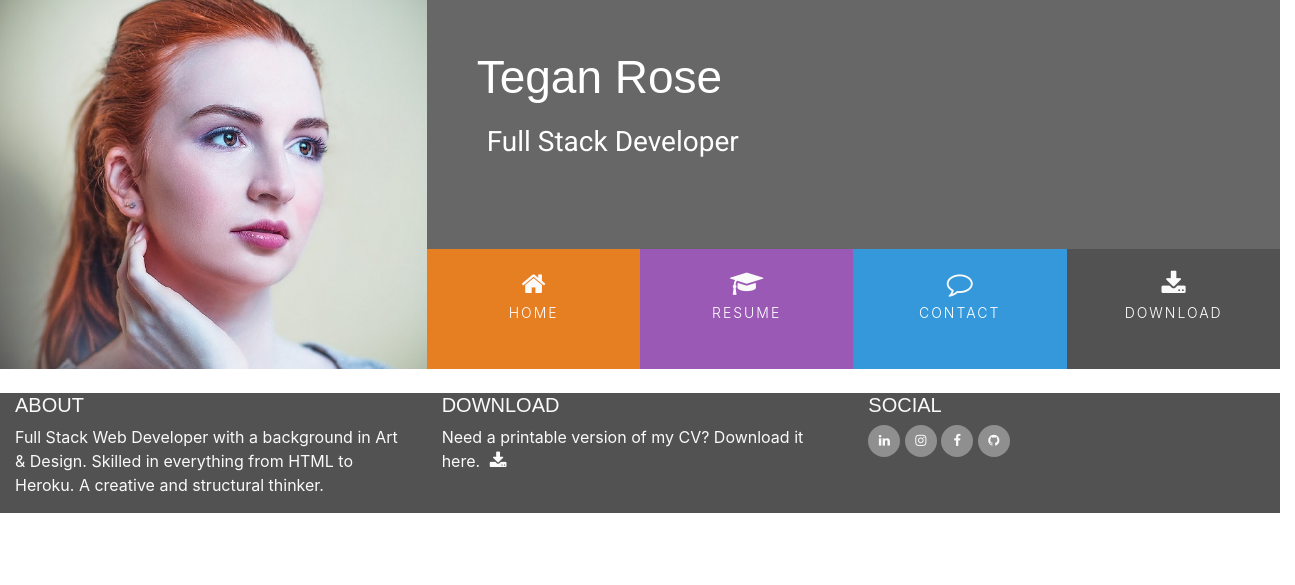
Repository: TSRose/Resume
Page: index.html
The author's editor kept a record of every edit. The page is drawn from the files as they stood at one moment, then again after the next edit.
The browser window is 1280 px wide. The page is 1280 px wide, then 1295 px, so the pictures cover 1295 px, including what lies to the right of the window. The pictures show the whole page.

Above is the page before.

### index.html
<!DOCTYPE html>
<html lang="en">

<head>
    <meta charset="UTF-8">
    <meta name="viewport" content="width=device-width, initial-scale=1.0">
    <meta http-equiv="X-UA-Compatible" content="ie=edge">
    <link rel="stylesheet" href="https://stackpath.bootstrapcdn.com/bootstrap/4.3.1/css/bootstrap.min.css" type="text/css" />
    <link rel="stylesheet" href="https://stackpath.bootstrapcdn.com/font-awesome/4.7.0/css/font-awesome.min.css" type="text/css" />
    <link rel="stylesheet" href="assets/css/style.css" type="text/css" />
    <link rel="stylesheet" href="https://cdnjs.cloudflare.com/ajax/libs/hover.css/2.3.1/css/hover-min.css" type="text/css" />
    <title>Tegan Rose</title>
</head>

<body>
    <header>
        <div class="row no-gutters">
            <a href="index.html" class="col-md-4 logo">

            </a>
            <div class="col-md-8">
                <div class="row no-gutters bg-color-name-title">
                    <div class="col">
                        <h1 class="name">Tegan Rose</h1>
                        <h2 class="title"> Full Stack Developer</h2>
                    </div>
                </div>
                <div class="row no-gutters">
                    <div class="col">
                        <ul id="nav" class="list-inline menucontainer">
                            <li class="col-6 col-sm-3 ui-menu-color-home list-inline-item menuitem">
                                <a href="#" class="hvr-sweep-to-bottom"><i class="fa fa-home" aria-hidden="true"></i><span>Home</span></a>
                            </li>
                            <li class="col-6 col-sm-3 ui-menu-color-resume list-inline-item menuitem">
                                <a href="#" class="hvr-sweep-to-bottom"><i class="fa fa-graduation-cap" aria-hidden="true"></i><span>Resume</span></a>
                            </li>
                            <li class="col-6 col-sm-3 ui-menu-color-contact list-inline-item menuitem">
                                <a href="#" class="hvr-sweep-to-bottom"><i class="fa fa-comment-o" aria-hidden="true"></i><span>Contact</span></a>
                            </li>
                            <li class="col-6 col-sm-3 ui-menu-color-download list-inline-item menuitem">
                                <a href="#" class="hvr-sweep-to-bottom"><i class="fa fa-download" aria-hidden="true"></i><span>Download</span></a>
                            </li>
                        </ul>
                    </div>
                </div>
            </div>
        </div>
    </header>
    <sectio class="container-fluid">
        <div class="row row-table">
            <div class="col-md-8 bg-color-three-reasons section-column">
                <div class="row">
                    <div class="col">
                        <h3>

                        </h3>
                    </div>
                </div>
            </div>
        </div>

    </section>
    <footer class="container-fluid">
        <div id="footer-details" class="row">
            <div class="col-sm-4">
                <h5 class="uppercase general-sub">About</h5>
                <p class="inline-block">
                    Full Stack Web Developer with a background in Art & Design. Skilled in everything from HTML to Heroku. A creative and structural thinker.
                </p>
            </div>
            <div class="col-sm-4">
                <h5 class="uppercase general-sub">Download</h5>
                <p class="inline-block">
                    Need a printable version of my CV? Download it here.
                    <a href="#" target="_blank" class="cv-pdf">
                        <i class="fa fa-download" aria-hidden="true"></i>
                        <span class="sr-only">Download link.</span>
                    </a>
                </p>
            </div>
            <div class="col-sm-4">
                <h5 class="uppercase general-sub">Social</h5>
                <ul class="list-inline social-links">
                    <li class="list-inline-item">
                        <a target="_blank" href="#">
                        <i class="fa fa-linkedin" aria-hidden="true"></i>
                        <span class="sr-only">LinkedIn</span>
                        </a>
                    </li>
                     <li class="list-inline-item">
                        <a target="_blank" href="#">
                        <i class="fa fa-instagram" aria-hidden="true"></i>
                        <span class="sr-only">Instagram</span>
                        </a>
                    </li>
                    <li class="list-inline-item">
                        <a target="_blank" href="#">
                        <i class="fa fa-facebook" aria-hidden="true"></i>
                        <span class="sr-only">Facebook</span>
                        </a>
                    </li>
                    <li class="list-inline-item">
                        <a target="_blank" href="#">
                        <i class="fa fa-github" aria-hidden="true"></i>
                        <span class="sr-only">GitHub</span>
                        </a>
                    </li>

                </ul>
            </div>
        </div>
    </footer>
</body>

</html>

### assets/css/style.css
@import url('https://fonts.googleapis.com/css?family=Roboto&display=swap:100,200,300,400,500,600,700 | Exo:100,200,300,400,500,600,700');

/*------------------------------------Colours */

.bg-color-name-title {
    background-color: #676767;
}

.ui-menu-color-home {
    background-color: #e67e22;
}

.ui-menu-color-resume {
    background-color: #9b59b6;
}

.ui-menu-color-contact {
    background-color: #3498db;
}

.ui-menu-color-download {
    background-color: #525252;
}

/*------------------------------------Special paddings/margins/text */

h1,
h2,
h3,
h4 {
    margin: 0;
}

.uppercase {
    text-transform: uppercase;
}

.general-sub {
    font-family: "Exo", sans-serif;
    font-weight: 300;
    color: #fafafa;
}

.inline-block {
    display: inline-block;
}

/*------------------------------------Headings */

header {
    margin: 0;
}

.heading {
    margin-left: 50px;
}

.logo {
    background: url("../images/logo.jpg");
    background-position: center;
    background-repeat: no-repeat;
    background-size: cover;
    min-height: 360px;
    transition: all .5s ease-in-out;
    -moz-transition: all .5s ease-in-out;
    -webkit-transition: all .5s ease-in-out;
}

.name {
    font-family: "Exo", sans-serif;
    font-weight: 100;
    font-size: 46px;
    margin-top: 50px;
    margin-left: 50px;
    color: #fff;
}

.title {
    font-family: "Roboto", sans-serif;
    font-weight: 200;
    font-size: 28px;
    margin-top: 20px;
    margin-bottom: 90px;
    margin-left: 60px;
    color: #fff;
}

.list-inline-item:not(:last-child) {
    margin: 0;
}

.menucontainer {
    font-size: 0;
}

#nav {
    margin: 0;
}

#nav li {
    font-size: 14px;
    padding: 0;
}

.menuitem {
    height: 120px;
    text-align: center;
    padding: 0;
}

.menuitem a {
    width: 100%;
    text-decoration: 0;
    color: #fff;
    height: 120px;
}

.menuitem a i {
    padding-top: 22px;
    display: block;
    color: #fafafa;
    font-size: 26px;
}

.menuitem span {
    display: block;
    width: 100%;
    padding-top: 5px;
    text-align: center;
    text-transform: uppercase;
    font-size: 14px;
    font-weight: 300;
    letter-spacing: 2px;
}

/*------------------------------------Hover.css */

.hvr-sweep-to-bottom:before {
    background-color: rgba(0, 0, 0, 0.2) !important;
    height: 120px;
}

/*------------------------------------Footer */

footer {
    background-color: #525252;
    color: #fafafa;
    min-height: 120px;
    margin: 0;
}

.cv-pdf i {
    font-size: 18px;
    color: #fafafa;
    text-align: center;
    padding-left: 5px;
    transition: all 0.35s ease-in-out;
    -moz-transition: all 0.35s ease-in-out;
    -webkit-transition: all 0.35s ease-in-out;
    -o-transition: all 0.35s ease-in-out;
}

.cv-pdf i:hover {
    color: #e84610;
}

.social-links {
    padding-bottom: 15px;
}

.social-links li a i {
    width: 32px;
    height: 32px;
    padding: 12px 0;
    border-radius: 50%;
    font-size: 13px;
    line-height: 7px;
    text-align: center;
    color: #fafafa;
    background: #8f8f8f;
    transition: all 0.35s ease-in-out;
    -moz-transition: all 0.35s ease-in-out;
    -webkit-transition: all 0.35s ease-in-out;
    -o-transition: all 0.35s ease-in-out;
}

After the next edit:
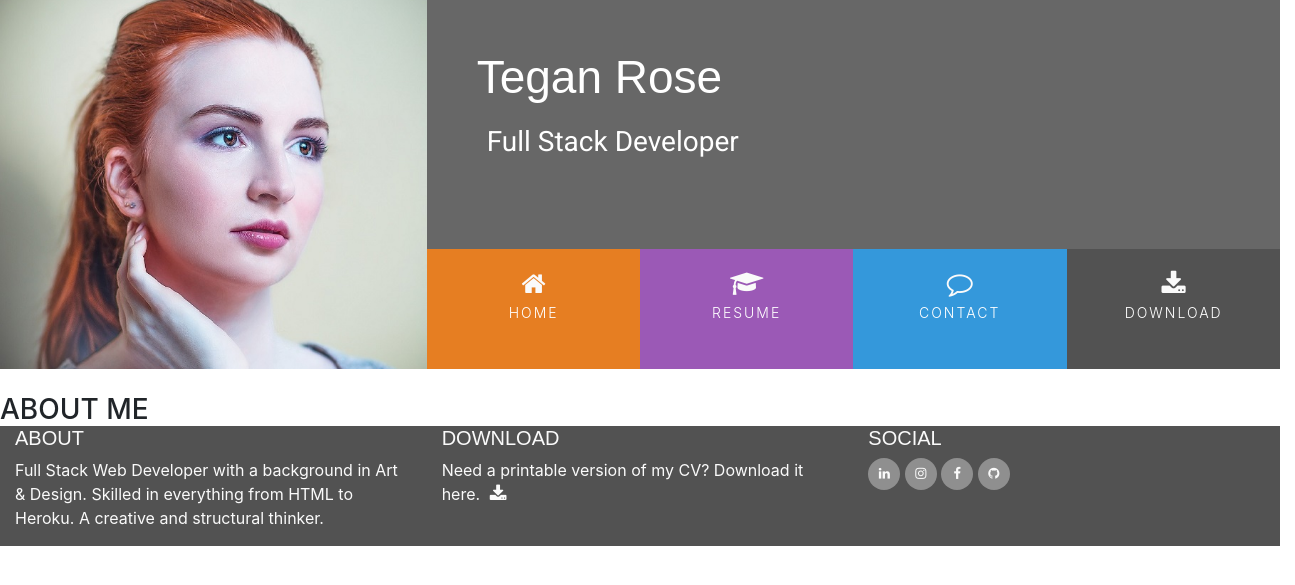
The edit:
--- a/index.html
+++ b/index.html
@@ -51,9 +51,7 @@
             <div class="col-md-8 bg-color-three-reasons section-column">
                 <div class="row">
                     <div class="col">
-                        <h3>
-
-                        </h3>
+                        <h3 class="section-heading uppercase">About Me</h3>
                     </div>
                 </div>
             </div>
